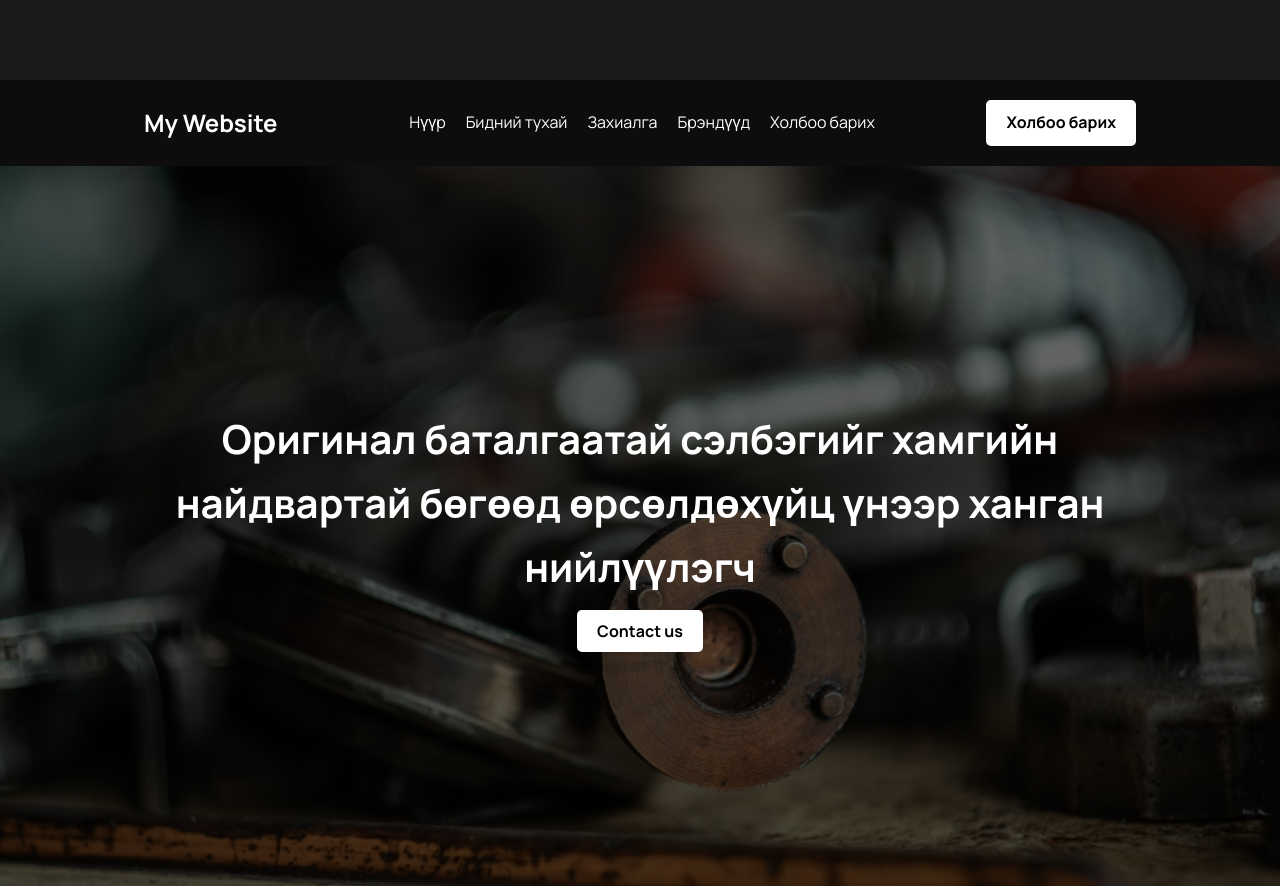
Repository: temuujinnn/mongol_kanain
Page: index.html
An editor plug-in stored every save of this project. The page is shown before and after a run of saves, followed by the edit.
The browser window is 1280 px wide. The pictures show the whole page.

Above is the page before, as saved 2024-08-22 17:38:46.

After the next 2 saves:
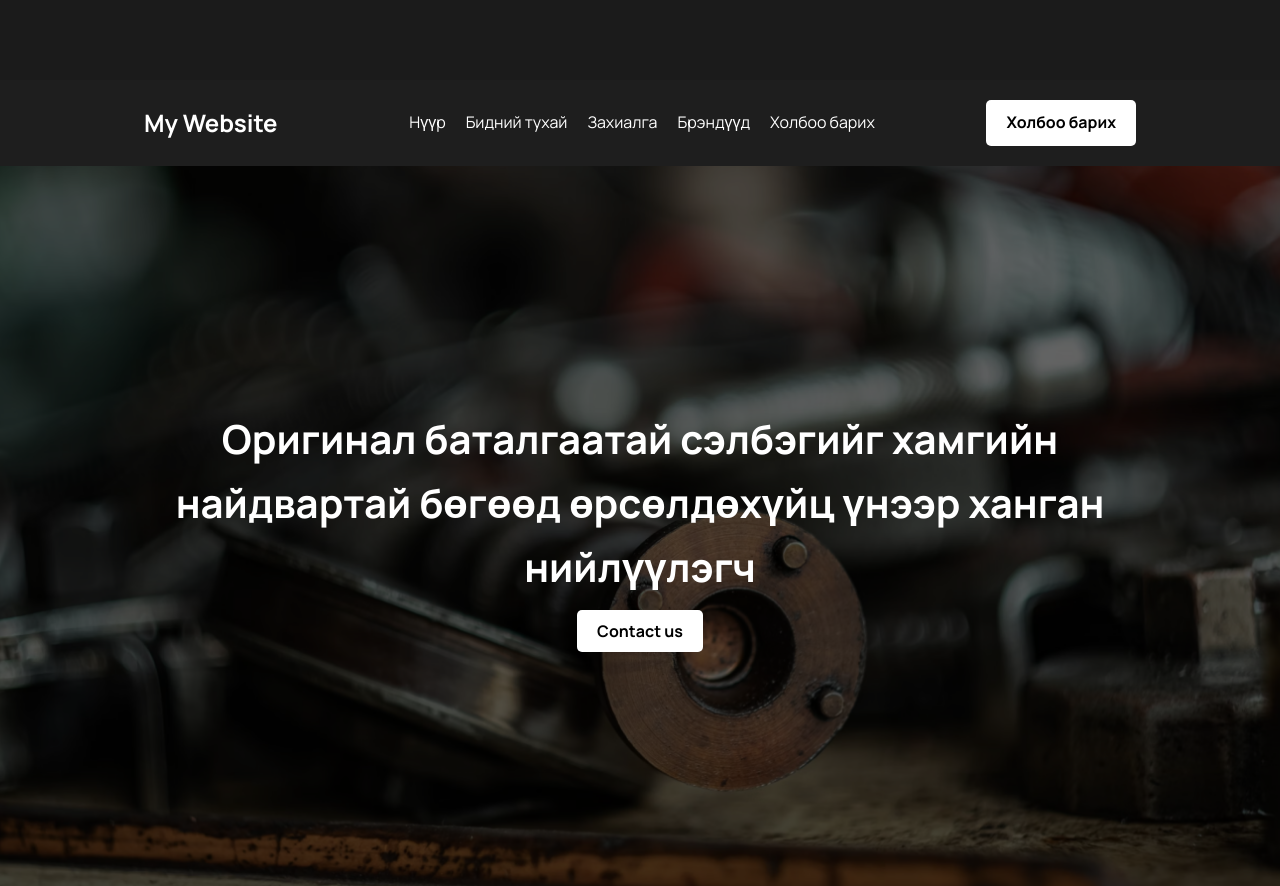
The 2 saves are shown as one change because they came seconds apart.
The last was saved 35 s later.
--- a/style.css
+++ b/style.css
@@ -14,7 +14,7 @@
 
 /* Header */
 header {
-    background-color: rgba(0, 0, 0, 0.5);
+    background-color: #1e1e1e;
     /* Semi-transparent background */
     padding: 20px 0;
     position: relative;
